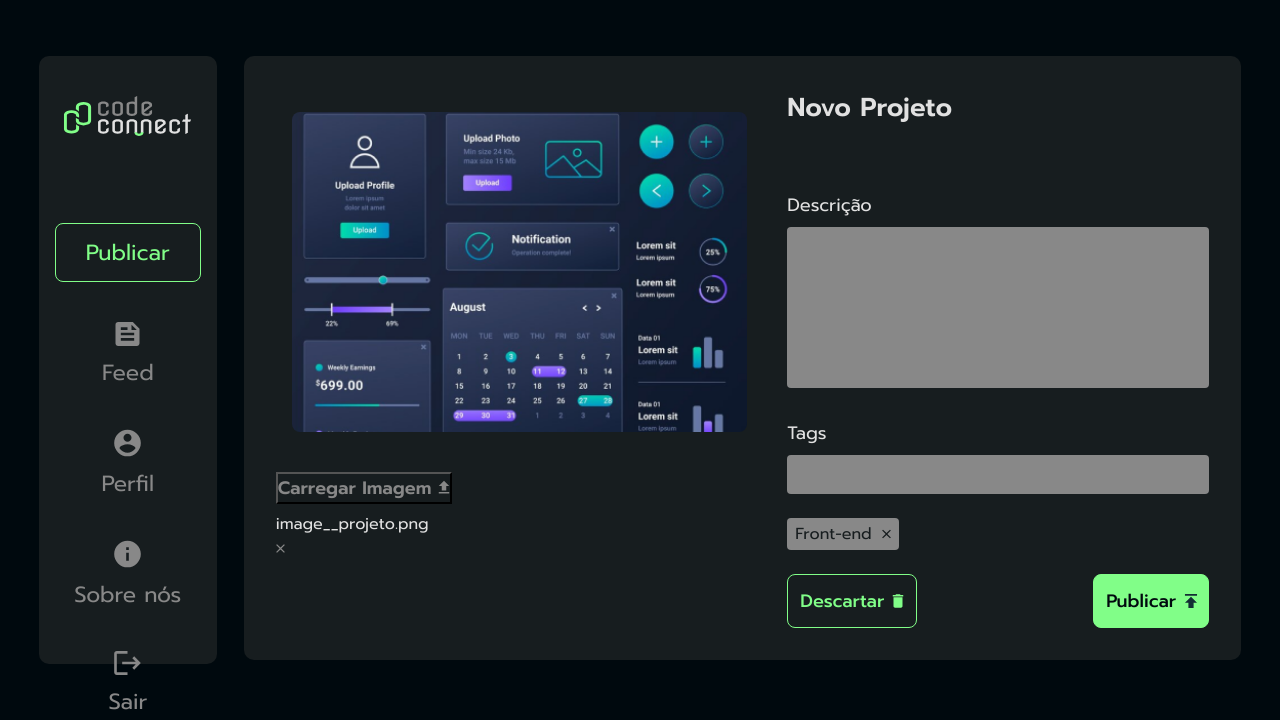
Repository: joaoPraiaJunior/async_await
Page: index.html
The author's editor kept a copy of each file at every save. The page is drawn from the files as they stood at one save, then again after the next save.
The browser window is 1280 px wide. The pictures show the whole page.

Above is the page before, as saved 2024-08-24 20:56:12.

### index.html
<!DOCTYPE html>
<html lang="pt-BR" dir="ltr">

<head>
    <meta charset="UTF-8">
    <meta name="viewport" content="width=device-width, initial-scale=1.0">
    <meta name="description" content="Projeto Async Await">
    <link rel="preconnect" href="https://fonts.googleapis.com">
    <link rel="preconnect" href="https://fonts.gstatic.com" crossorigin>
    <link href="https://fonts.googleapis.com/css2?family=Prompt:ital,wght@0,100;0,200;0,300;0,400;0,500;0,600;0,700;0,800;0,900;1,100;1,200;1,300;1,400;1,500;1,600;1,700;1,800;1,900&display=swap" rel="stylesheet">
    <link rel="stylesheet" href="./css/styles.css">
    <title>CodeConnect</title>
</head>

<body>

    <aside class="l-lateral">
        <figure><img src="./img/Logo.svg" alt="Logo do codeconnect"></figure>
        <nav class="c-menu">
            <ul class="c-menu__lista">
                <li class="c-menu__item"><a href="#" class="c-menu__link">Publicar</a></li>
                <li class="c-menu__item"><a href="#" class="c-menu__link"><img src="./img/feed.svg" aria-hidden="true" alt>Feed</a></li>
                <li class="c-menu__item"><a href="#" class="c-menu__link"><img src="./img/account_circle.svg" aria-hidden="true" alt>Perfil</a></li>
                <li class="c-menu__item"><a href="#" class="c-menu__link"><img src="./img/info.svg" aria-hidden="true" alt>Sobre nós</a></li>
                <li class="c-menu__item"><a href="#" class="c-menu__link"><img src="./img/logout.svg" aria-hidden="true" alt>Sair</a></li>
            </ul>
        </nav>
    </aside>

    <main class="l-principal">
        <div class="c-upload-imagem">
            <div class="c-upload-imagem__container">
                <figure class="c-upload-imagem__publicacao">
                    <img src="./img/imagem1.png" alt>
                </figure>
            </div>
            <button class="c-upload-imagem__botao" aria-label="carregar imagem">Carregar Imagem <img src="./img/upload.svg" aria-hidden="true" alt></button>
            <div class="c-upload-imagem__descricao">
                <p>image__projeto.png</p>
                <img src="./img/close.svg" aria-hidden="true" alt>
            </div>
        </div>

        <div class="c-formulario">
            <h2 class="c-formulario__titulo">Novo Projeto</h2>
            <form class="c-formulario__acoes">
                <div class="c-formulario__grupo">
                    <label for="Descricao">Descrição</label>
                    <textarea name="descricao" id="descricao">
                    </textarea>
                </div>

                <div class="c-formulario__grupo">
                    <label for="Tags">Tags</label>
                    <input type="text" name="tags" id="tags">
                </div>

                <ul class="c-formulario__lista">
                    <li class="c-formulario__lista-tags">
                        <p>Front-end</p>
                        <img src="./img/close-black.svg" alt>
                    </li>
                </ul>

                <div class="c-formulario__botoes">
                    <button class="c-formulario__botao c-formulario__botao--descartar">Descartar</button>
                    <button class="c-formulario__botao c-formulario__botao--salvar">Publicar</button>
                </div>
            </form>
        </div>
    </main>

    <script src="./js/scripts.js"></script>
</body>

</html>

### css/styles.css
:root {
  /* Cores */
  --background-color: #00090e;
  --cor-do-texto: #e1e1e1;
  --cor-primaria: #81fe88;
  --cor-secundaria: #888888;
  --cor-da-tag: #171d1f;
  --componentes-do-background: #171d1f;

  /* Fontes */
  --fonte-padrao: "Prompt", sans-serif;
}

* {
  margin: 0;
  padding: 0;
  box-sizing: border-box;
}

html {
  font-size: 62.5%;
}

body {
  display: flex;
  justify-content: center;
  align-items: start;
  gap: 2.7rem;
  font-family: var(--fonte-padrao);
  font-size: 1.6rem;
  background-color: var(--background-color);
  color: var(--cor-do-texto);
  padding: 5.6rem 0;
  height: 100vh;
}

.l-lateral {
  text-align: center;
  background-color: var(--componentes-do-background);
  border-radius: 1rem;
  padding: 4rem 1.6rem;
  height: 100%;
}

.c-menu__lista {
  display: flex;
  flex-direction: column;
  align-items: center;
  gap: 4rem;
  margin-top: 8rem;
  list-style-type: none;
}

.c-menu__link {
  display: flex;
  flex-direction: column;
  align-items: center;
  gap: 1rem;
  font-size: 2.2rem;
  text-decoration: none;
  color: var(--cor-secundaria);
}

.c-menu__lista li:first-of-type a {
  color: var(--cor-primaria);
  border: 0.1rem solid var(--cor-primaria);
  border-radius: 0.8rem;
  padding: 1.2rem 3rem;
}

.l-principal {
  display: flex;
  gap: 2.4rem;
  background-color: var(--componentes-do-background);
  border-radius: 1rem;
  padding: 3.2rem;
}

.c-formulario {
  display: flex;
  flex-direction: column;
  gap: 2.4rem;
  width: 42.2rem;
}

.c-formulario__titulo {
  font-size: 2.6rem;
  font-weight: 600;
  margin-bottom: 4rem;
}

.c-formulario__acoes {
  display: flex;
  flex-direction: column;
  gap: 2.4rem;
}

.c-formulario__grupo label {
  display: block;
  font-size: 1.8rem;
  font-weight: 400;
  margin-bottom: 0.8rem;
}

.c-formulario__grupo input,
textarea {
  background-color: var(--cor-secundaria);
  font-family: var(--fonte-padrao);
  line-height: 2.25rem;
  border: none;
  border-radius: 0.4rem;
  padding: 0.8rem 1.6rem;
  width: 100%;
}

.c-formulario__grupo textarea {
  resize: none;
  height: 16.1rem;
}

.c-formulario__grupo input {
  height: 3.9rem;
}

.c-formulario__lista {
  display: flex;
  list-style-type: none;
}

.c-formulario__lista-tags {
  display: flex;
  gap: 1rem;
  color: var(--cor-da-tag);
  background-color: var(--cor-secundaria);
  border-radius: 0.4rem;
  padding: 0.4rem 0.8rem;
}

.c-formulario__botoes {
  display: flex;
  justify-content: space-between;
  gap: 2.4rem;
}

.c-formulario__botao {
  font-family: var(--fonte-padrao);
  font-size: 1.8rem;
  font-weight: 500;
  text-align: center;
  border-radius: 0.8rem;
  padding: 1.2rem 3.2rem 1.2rem 1.2rem;
  cursor: pointer;
}

.c-formulario__botao--descartar,
.c-formulario__botao--salvar {
  position: relative;
}

.c-formulario__botao--descartar {
  color: var(--cor-primaria);
  background-color: var(--componentes-do-background);
  border: 0.1rem solid var(--cor-primaria);
}

.c-formulario__botao--salvar {
  color: var(--background-color);
  background-color: var(--cor-primaria);
  border: 0.1rem solid var(--cor-primaria);
}

.c-formulario__botao--descartar::after,
.c-formulario__botao--salvar::after {
  content: "";
  display: inline-block;
  position: absolute;
  top: 50%;
  background-size: contain;
  background-repeat: no-repeat;
  margin-left: 0.8rem;
  width: 1.5rem;
  height: 1.5rem;
  transform: translateY(-50%);
}

.c-formulario__botao--descartar::after {
  background-image: url("../img/trash.svg");
}

.c-formulario__botao--salvar::after {
  background-image: url("../img/arrow_forward2.svg");
}

.c-upload-imagem__publicacao {
    background-color: var(--secundary-color);
    border-radius: .8rem;
    padding: 2.4rem 1.6rem;
    height: 36.8rem;

}

.c-upload-imagem__publicacao img {
    border-radius: .8rem;
    object-fit: cover;
    height: 100%;
}

.c-upload-imagem__botao {
    position: relative;
    color: var(--cor-secundaria);
    background-color: var(--componentes-do-background);
    font-family: var(--fonte-padrao);
    font-size: 1.8rem;
    font-weight: 600;
    text-align: center;
    margin: 1.6rem 0 .8rem 0;
}

Loaded but not shown: js/scripts.js (no copy from this time; the picture is the same without it)

After the next save:
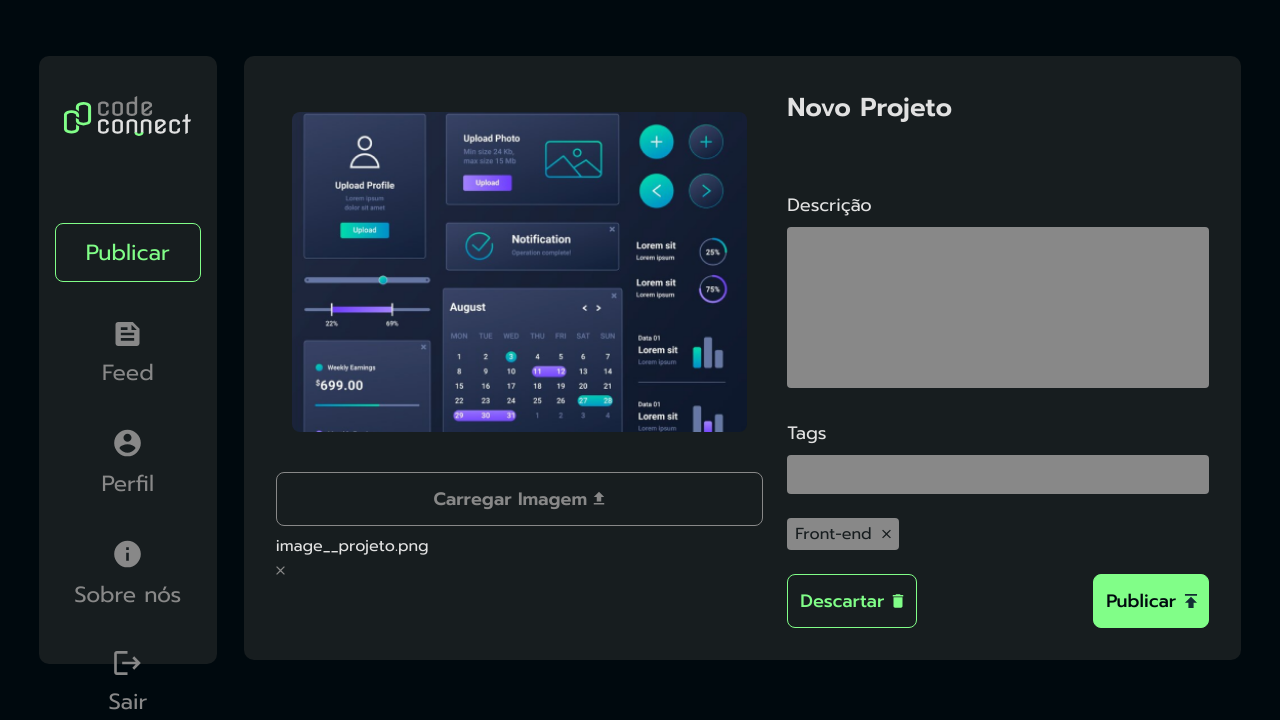
Saved 64 s later.
--- a/css/styles.css
+++ b/css/styles.css
@@ -214,4 +214,8 @@ textarea {
     font-weight: 600;
     text-align: center;
     margin: 1.6rem 0 .8rem 0;
-}
+    border: .1rem solid var(--cor-secundaria);
+    border-radius: .8rem;
+    padding: 1.2rem;
+    width: 100%;
+}
